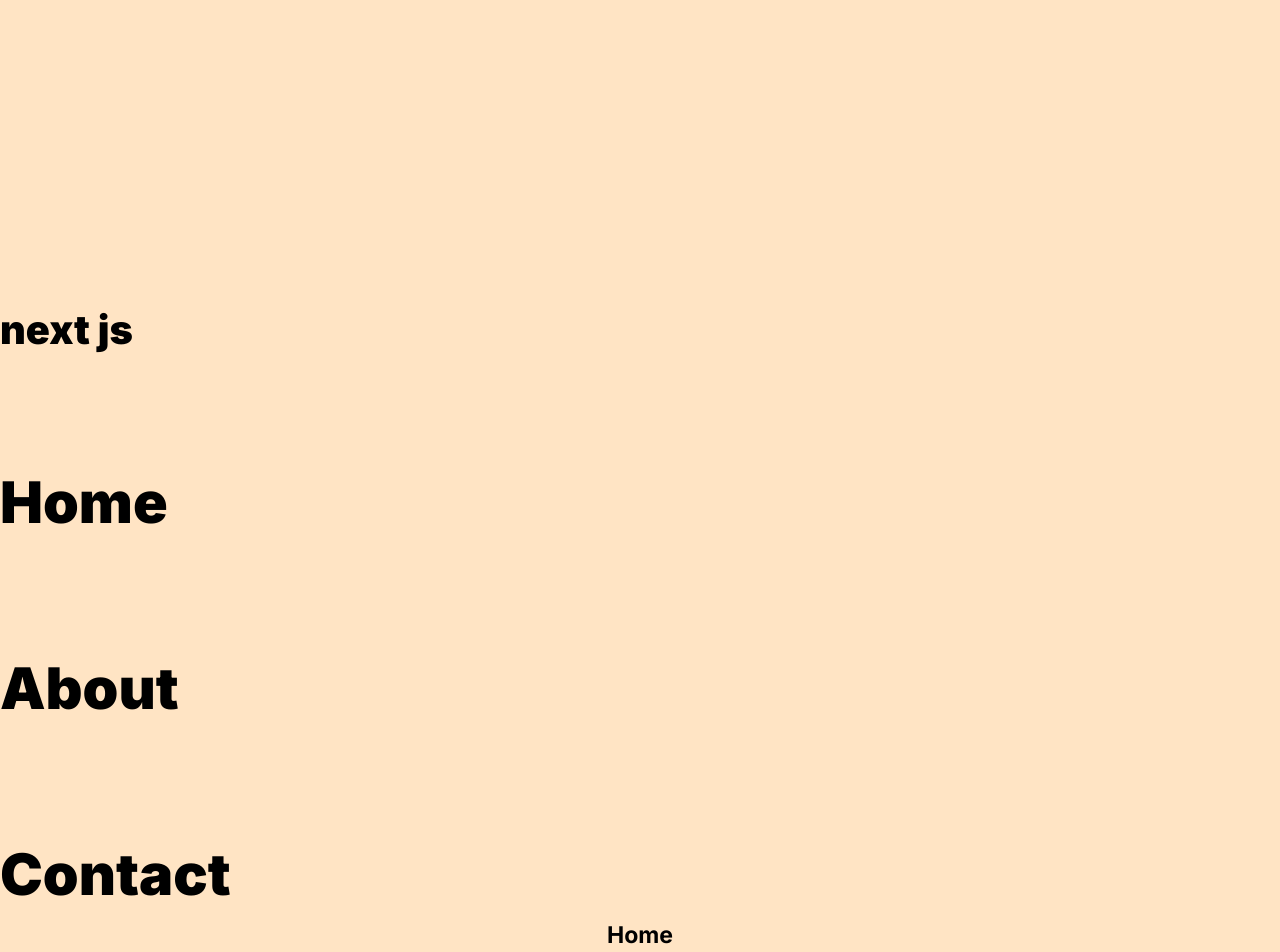
Repository: VilokMasuti/Nextjs-practice
Page: /
An editor plug-in stored every save of this project. The page is shown before and after the next save, followed by the edit.
The browser window is 1280 px wide. The pictures show the whole page.
The project was rebuilt for these pictures with package versions that can differ from the ones it lists, and the page was loaded fresh each time. The framework's server and built-in components were replaced by stand-ins that run in the browser. Also part of the build but not shown: next.config.mjs.

Above is the page before, as saved 2024-03-02 12:14:30.

### app/layout.tsx
import type { Metadata } from "next";
import { Inter } from "next/font/google";
import "./globals.css";
import "../styles/theme.css";
import Navbar from "../components/Navbar";

const inter = Inter({ subsets: ["latin"] });

export const metadata: Metadata = {
  title: "Create Next App",
  description: "Generated by create next app",
};

export default function RootLayout({
  children,
}: Readonly<{
  children: React.ReactNode;
}>) {
  return (
    <html lang="en">
      <body className={inter.className}>
        <Navbar />
        {children}
      </body>
    </html>
  );
}

### app/page.tsx
export default function Home() {
  return (
    <h1 className=" flex items-center justify-center text-black font-bold">
      Home
    </h1>
  );
}

### styles/theme.css
* {
  background-color: bisque;
  margin-top: 100px;
  font-weight: bolder;
  font-size: larger;
}

### components/Navbar.tsx
import Link from "next/link";

const Navbar = () => {
  return (
    <header className=" flex relative">
      <nav className="  text-black">
        <p> next js</p>
        <ul>
          <Link href="/">
            <li> Home </li>
          </Link>
          <Link href="/about">
            <li> About</li>
          </Link>
          <Link href="/contact">
            <li> Contact</li>
          </Link>
        </ul>
      </nav>
    </header>
  );
};

export default Navbar;

Loaded but not shown: app/globals.css (common file); tailwind.config.ts (common file)

After the next save:
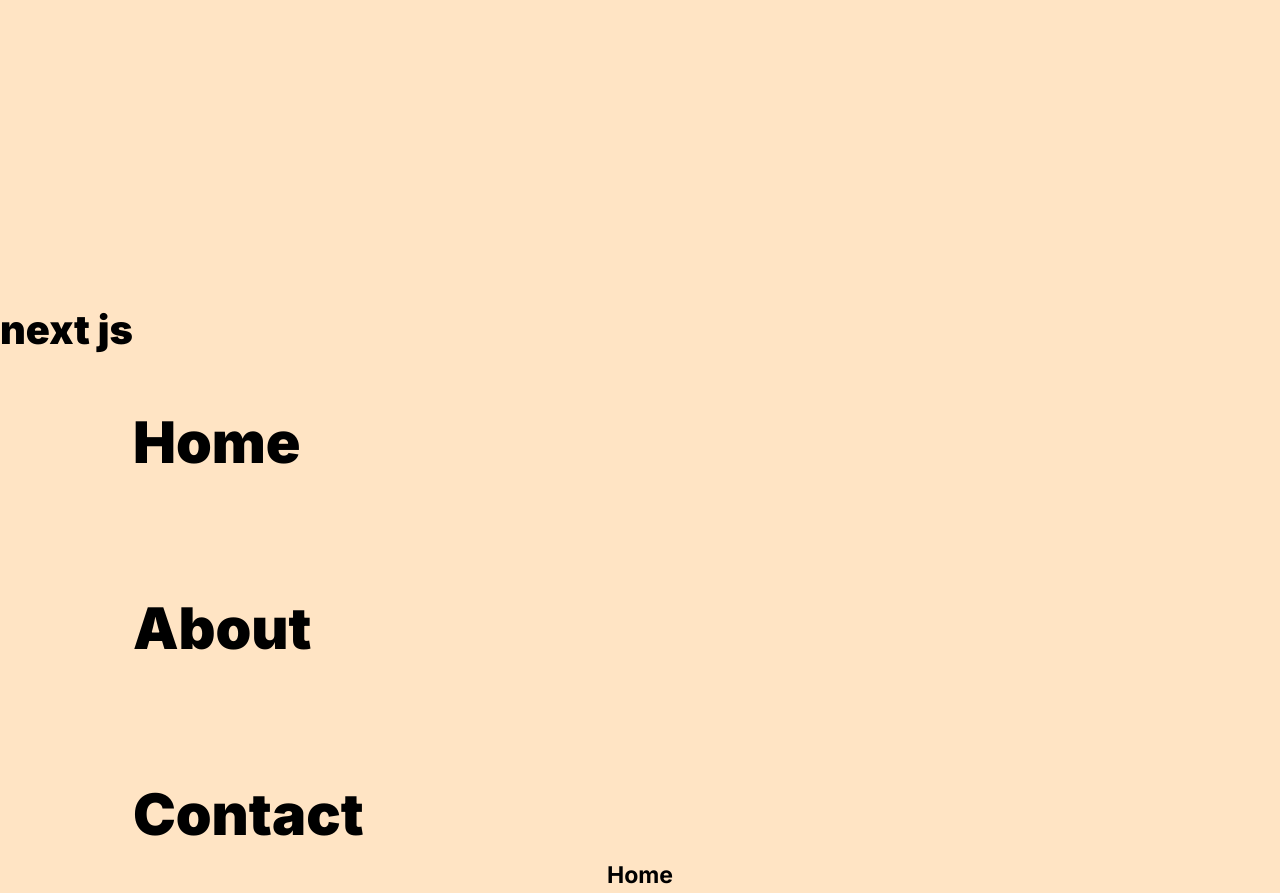
Saved 6 s later.
--- a/components/Navbar.tsx
+++ b/components/Navbar.tsx
@@ -3,7 +3,7 @@
 const Navbar = () => {
   return (
     <header className=" flex relative">
-      <nav className="  text-black">
+      <nav className=" flex justify-between  text-black">
         <p> next js</p>
         <ul>
           <Link href="/">

After the save that followed:
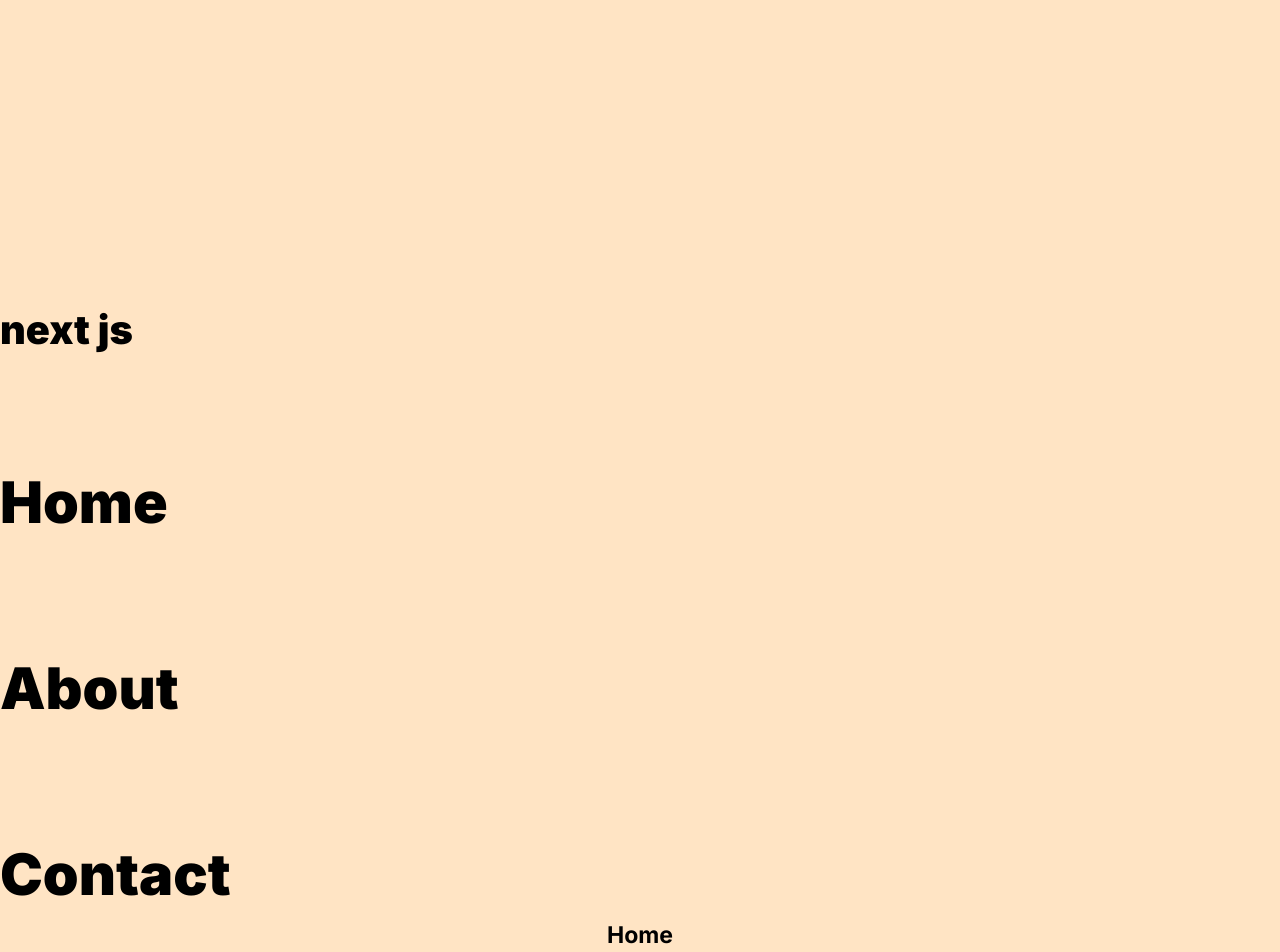
Saved 10 s later.
--- a/components/Navbar.tsx
+++ b/components/Navbar.tsx
@@ -3,7 +3,7 @@
 const Navbar = () => {
   return (
     <header className=" flex relative">
-      <nav className=" flex justify-between  text-black">
+      <nav className="  text-black">
         <p> next js</p>
         <ul>
           <Link href="/">
